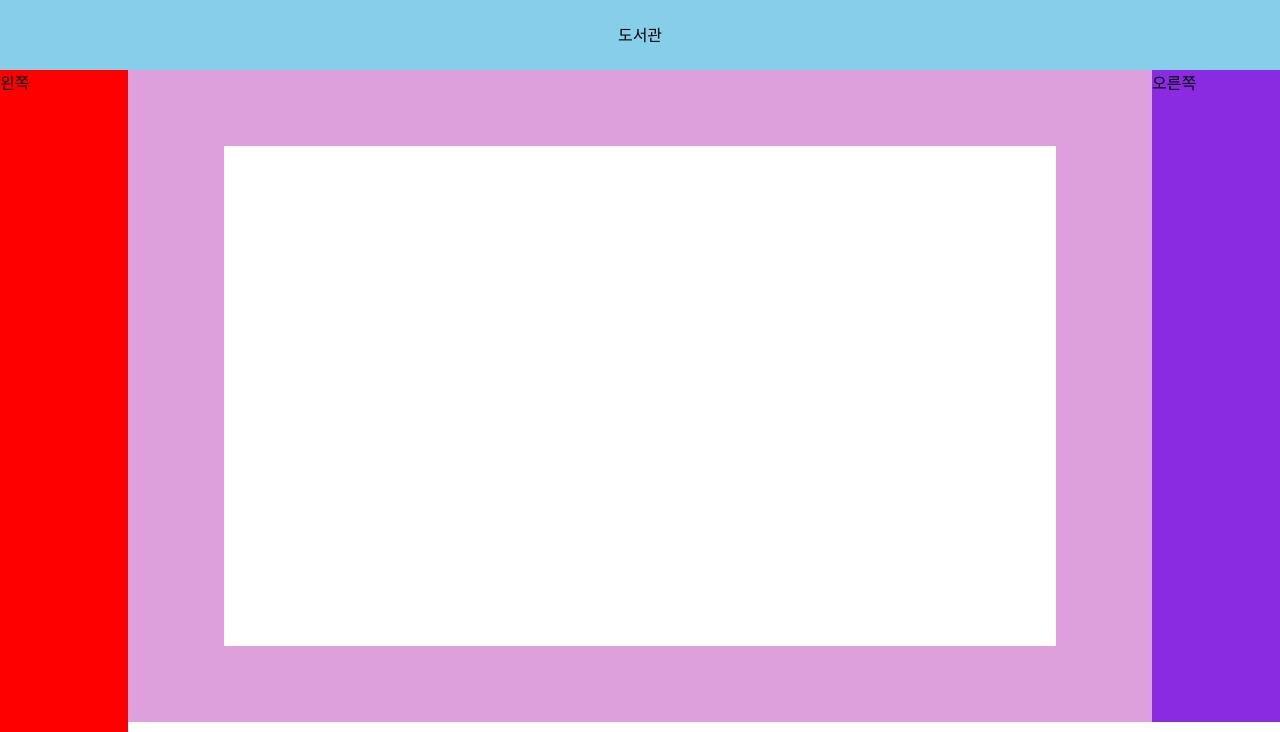
Repository: sojihwan/API_-Multi
Page: / (app in API/)
An editor plug-in stored every save of this project. The page is shown before and after the next save, followed by the edit.
The browser window is 1280 px wide. The pictures show the whole page.
The project was rebuilt for these pictures with package versions that can differ from the ones it lists, and the page was loaded fresh each time. Also part of the build but not shown: API/src/App.css.

Above is the page before, as saved 2022-05-24 15:30:36.

After the next save:
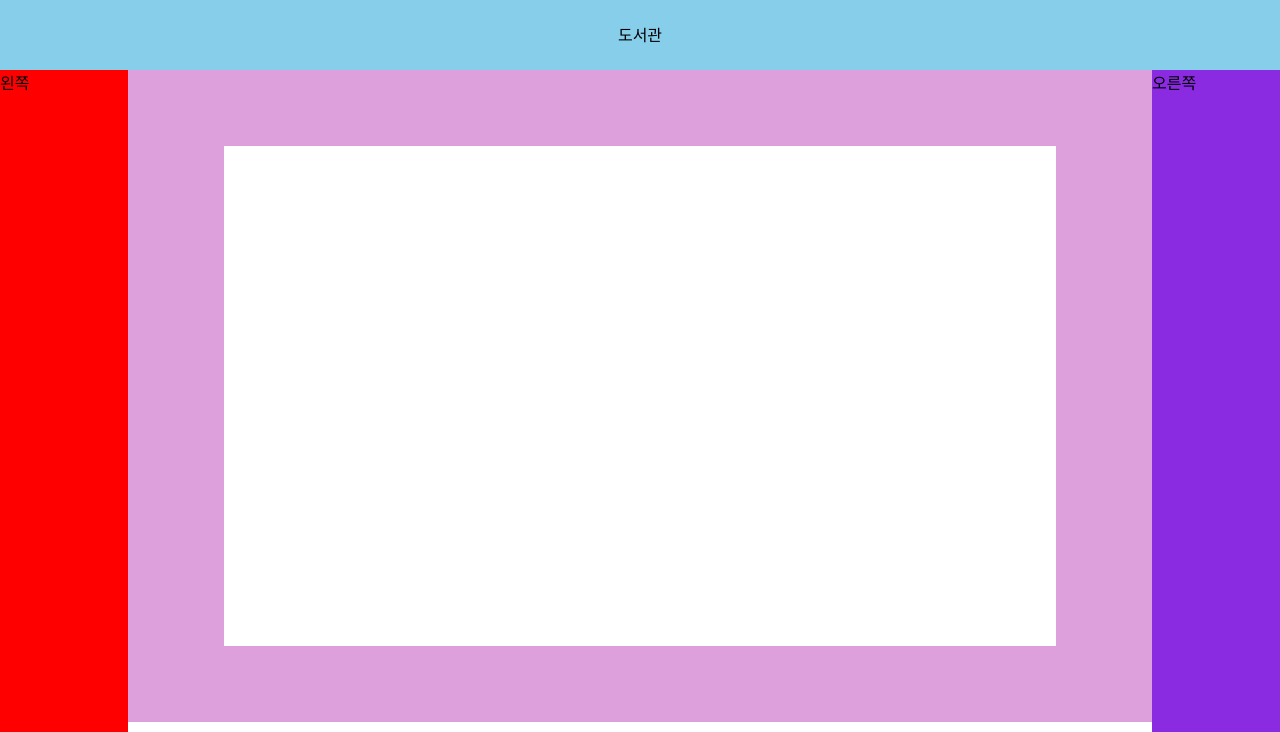
Saved 9 s later.
--- a/API/src/Layout/layout.css
+++ b/API/src/Layout/layout.css
@@ -34,6 +34,6 @@ main aside:last-child {
   position: absolute;
   right: 0;
   width: 10%;
-  height: 90.6%;
+  height: 91.9%;
   background: blueviolet;
 }
